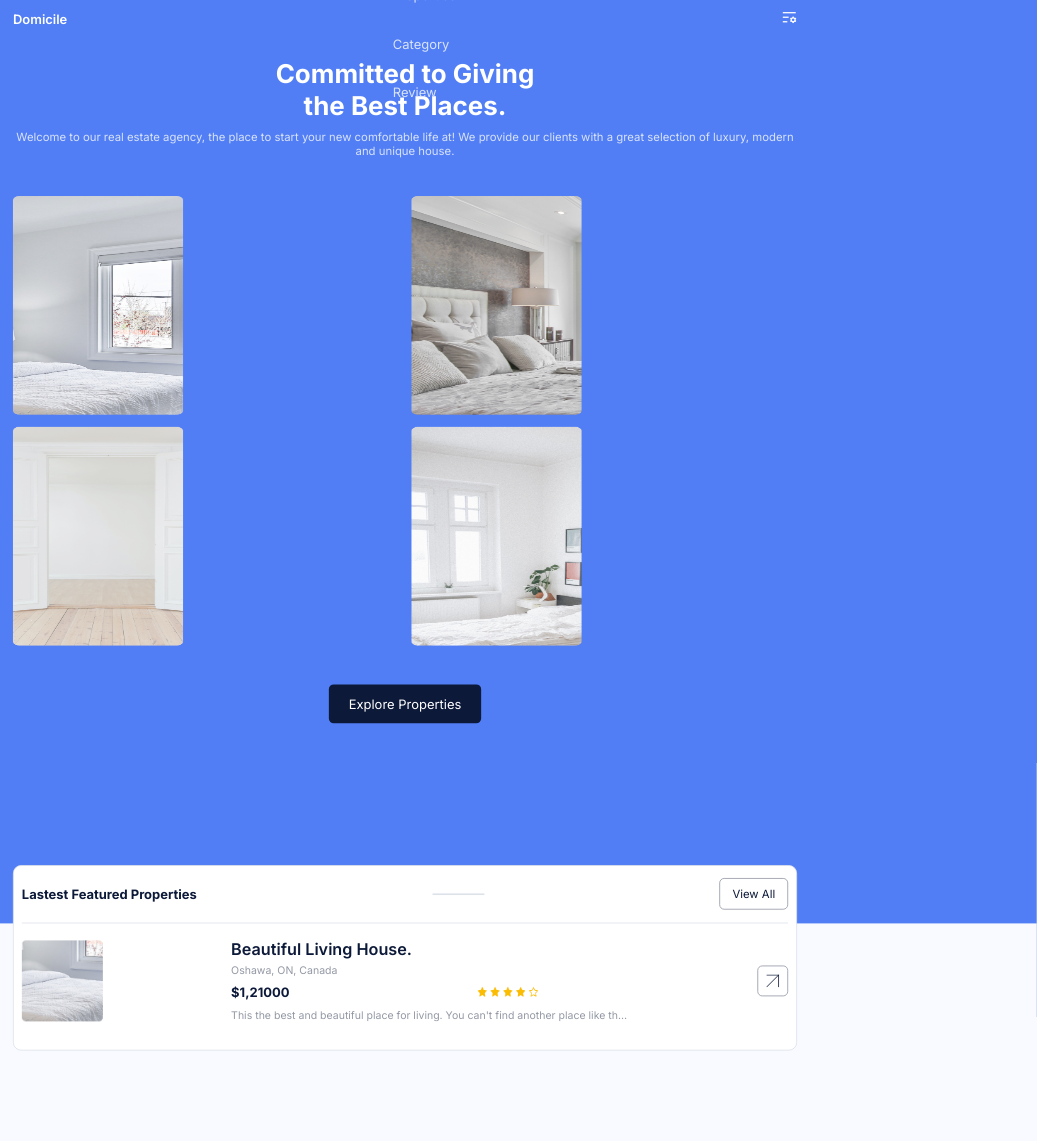
Repository: haokiet2501/domicile-real-estate
Page: index.html
An editor plug-in stored every save of this project. The page is shown before and after a run of saves, followed by the edit.
The browser window is 1280 px wide. The pictures show the whole page, at 81% of full size.
The style sheet was rebuilt from its Sass, Less or Tailwind sources for each picture, by a compiler version that may differ from the author's.

Above is the page before, as saved 2022-06-11 16:41:04.

After the next 2 saves:
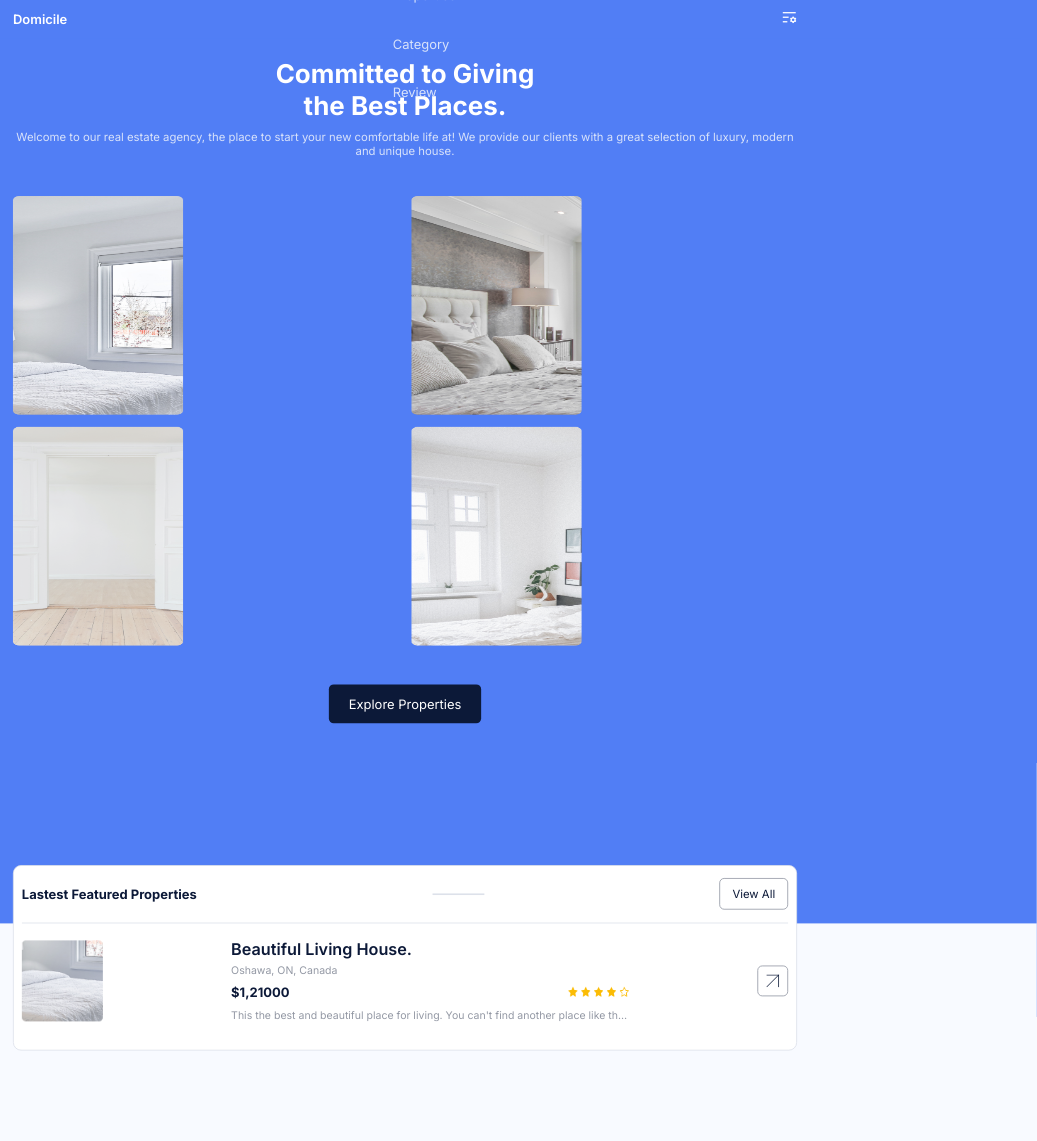
The 2 saves are shown as one change because they came seconds apart.
The last was saved 7 s later.
--- a/sass/main/_main.scss
+++ b/sass/main/_main.scss
@@ -249,7 +249,7 @@
                 position: relative;
                 width: 76px;
                 height: 14px;
-                left: -7rem;
+                left: var();
             }
         }
 
